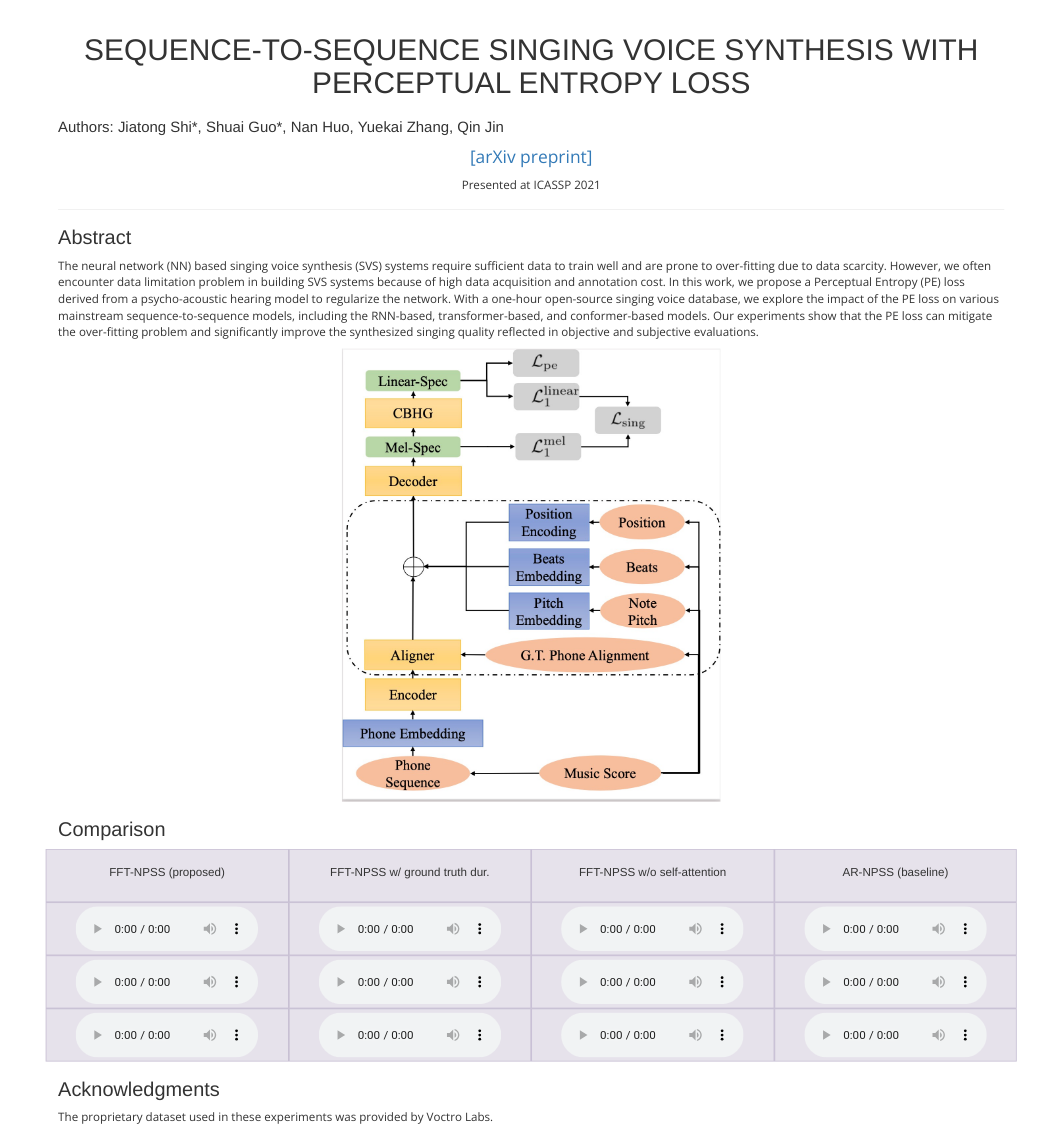
Repository: PeterGuoRuc/SVS_pe.github.io
Page: index.html
An editor plug-in stored every save of this project. The page is shown before and after the next save, followed by the edit.
The browser window is 1280 px wide. The pictures show the whole page, at 83% of full size.

Above is the page before, as saved 2021-06-06 16:48:19.

After the next save:
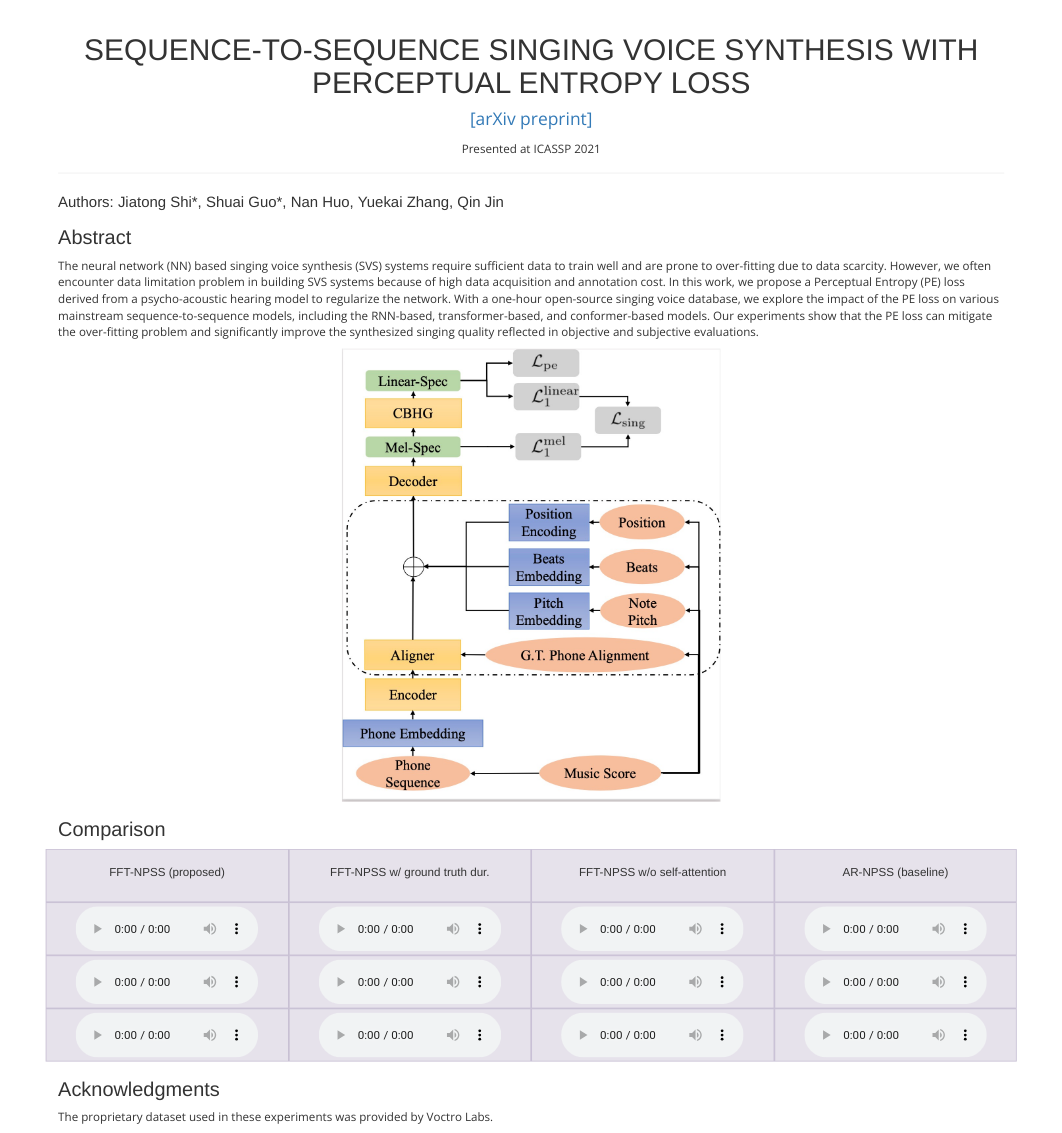
Saved 2 min 37 s later.
--- a/index.html
+++ b/index.html
@@ -42,14 +42,15 @@
         <h1>
           SEQUENCE-TO-SEQUENCE SINGING VOICE SYNTHESIS WITH PERCEPTUAL ENTROPY LOSS
         </h1>
-        <h4>
-          Authors: Jiatong Shi*, Shuai Guo*, Nan Huo, Yuekai Zhang, Qin Jin
-        </h4>
         <p class="lead">
           <a class="lead_link" href="https://arxiv.org/abs/2010.12024">[arXiv preprint]</a>
         </p>
         <p class="centered">Presented at ICASSP 2021</p>
       </div>
+
+      <h4>
+        Authors: Jiatong Shi*, Shuai Guo*, Nan Huo, Yuekai Zhang, Qin Jin
+      </h4>
 
       <h3>Abstract</h3>
       <p>The neural network (NN) based singing voice synthesis (SVS) systems require sufficient data to train well and are prone to over-fitting due to data scarcity.
